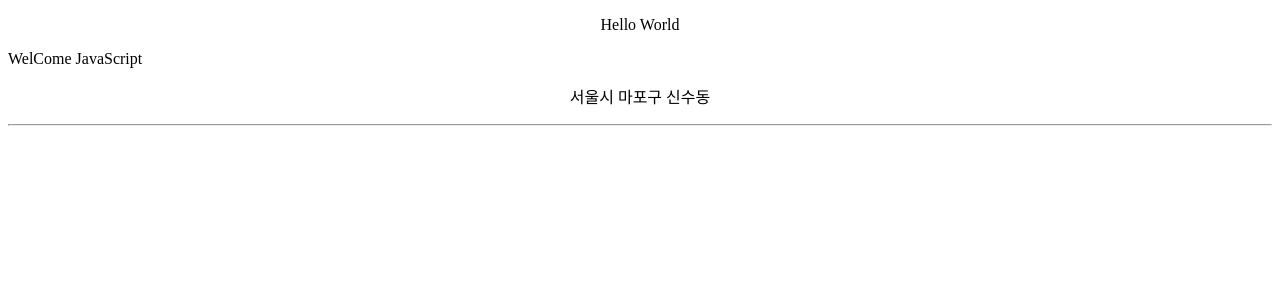
Repository: shinsil0601/webstudy
Page: 03_JavaScript/src/main/webapp/day03/ex09_DOM.html
These files come from the project's save history. The page is drawn as it stood at one moment and after the next save; the edit follows.
The browser window is 1280 px wide. The pictures show the whole page.

Above is the page before, as saved 2023-06-29 06:11:04.

After the next save:
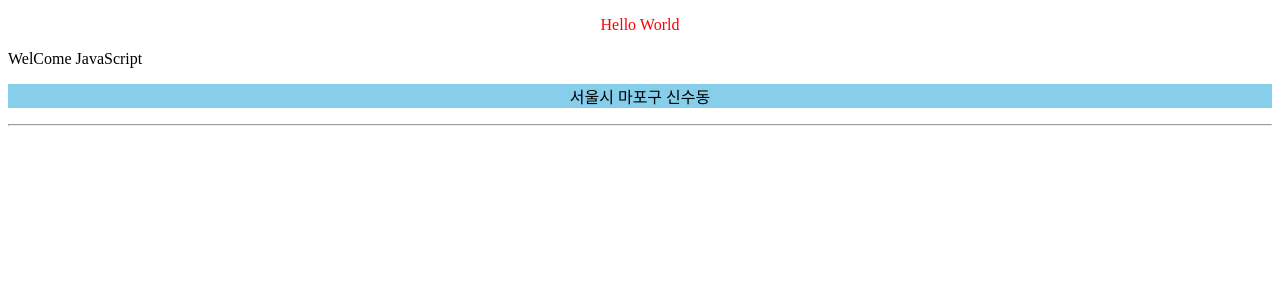
Saved 88 s later.
--- a/03_JavaScript/src/main/webapp/day03/ex09_DOM.html
+++ b/03_JavaScript/src/main/webapp/day03/ex09_DOM.html
@@ -19,7 +19,9 @@
  	document.getElementById("demo1").innetHTML = "<h2>KOREA SEOUL</h2>";
  	document.getElementById("demo1").align = "center";
  	document.getElementById("demo3").setAttribute("align","center");
- 	document.getElementById("demo2").setAttribute("color","red");
+
+ 	document.getElementById("demo1").style.color = "red";
+ 	document.getElementById("demo3").style.backgroundColor = "skyblue";
 
 
 
